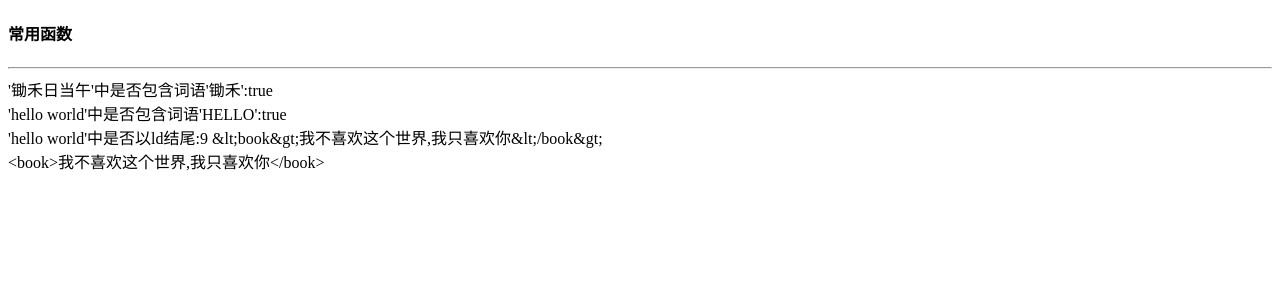
Repository: jionjion/JAVA_WorkSpace
Page: http://localhost/ServletClient/modules/jstlBase/baseXII.jsp
These files come from the project's save history. The page is drawn as it stood at one moment and after the next save; the edit follows.
The browser window is 1280 px wide. The pictures show the whole page.
The page is served by Tomcat 9.

Above is the page before, as saved 2017-07-18 16:39:07.

After the next save:
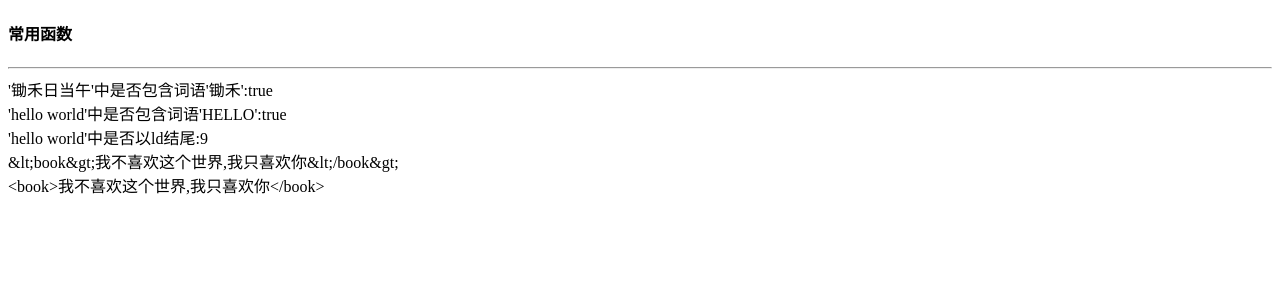
Saved 18 s later.
--- a/ServletClient/WebContent/modules/jstlBase/baseXII.jsp
+++ b/ServletClient/WebContent/modules/jstlBase/baseXII.jsp
@@ -23,7 +23,7 @@
 	<br>
 
 	<!-- 判断一个字符串是否以XX结尾 -->
-	<c:out value="'hello world'中是否以ld结尾:${fn:indexOf('hello world','ld') }"></c:out>
+	<c:out value="'hello world'中是否以ld结尾:${fn:indexOf('hello world','ld') }"></c:out><br>
 
 
 	<!-- 输出xml文件 -->
